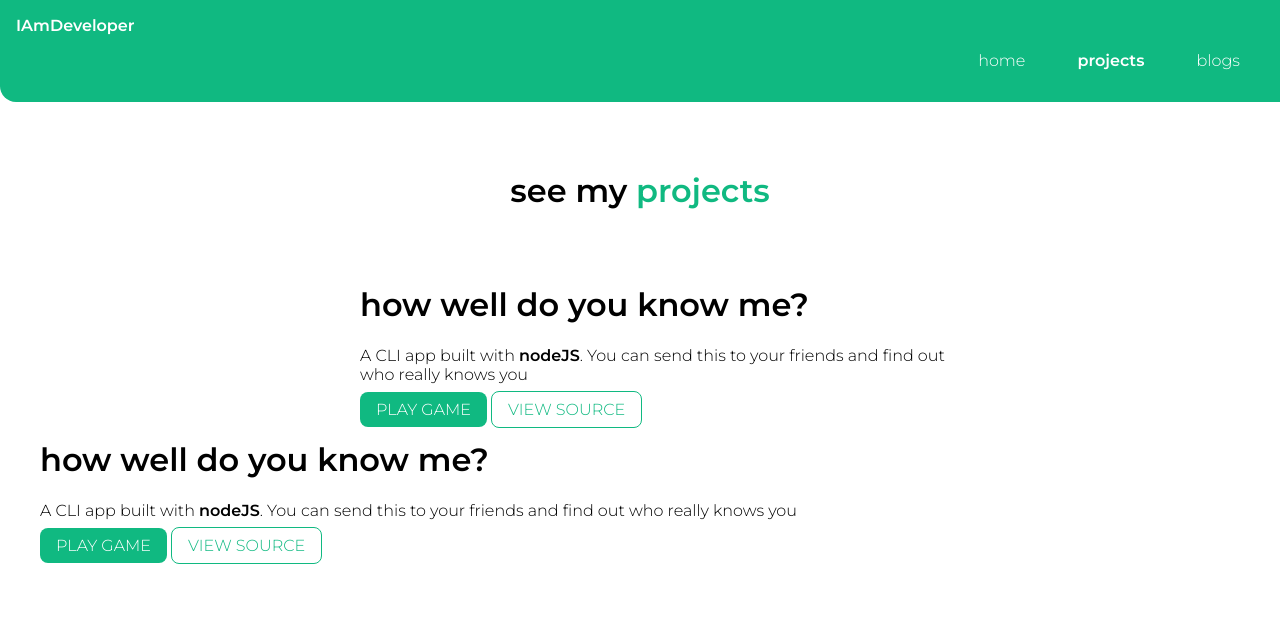
Repository: sohan2503001/Portfolio
Page: projects.html
An editor plug-in stored every save of this project. The page is shown before and after a run of saves, followed by the edit.
The browser window is 1280 px wide. The pictures show the whole page.

Above is the page before, as saved 2021-03-28 02:10:27.

After the next 4 saves:
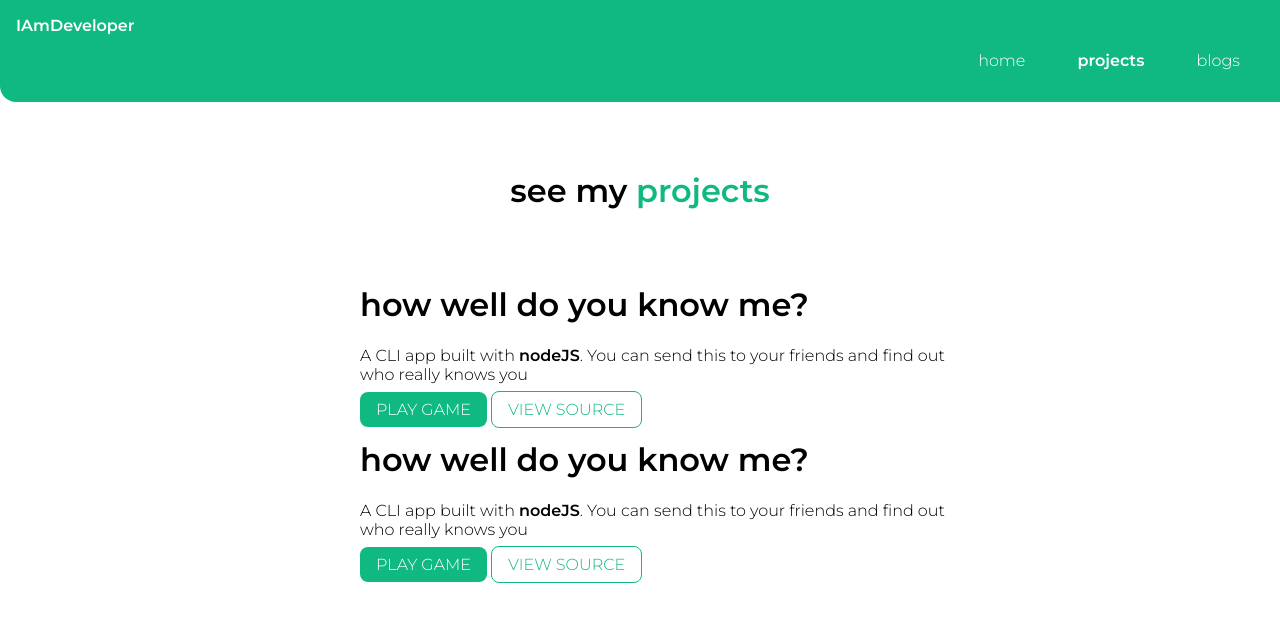
The 4 saves are shown as one change because they came seconds apart.
The last was saved 12 s later.
--- a/projects.html
+++ b/projects.html
@@ -42,7 +42,7 @@
         </li>
         </div>
 
-        <div></div>
+        <div class="container container-center">
         <li>
           <h1>how well do you know me?</h1>
           <p>
